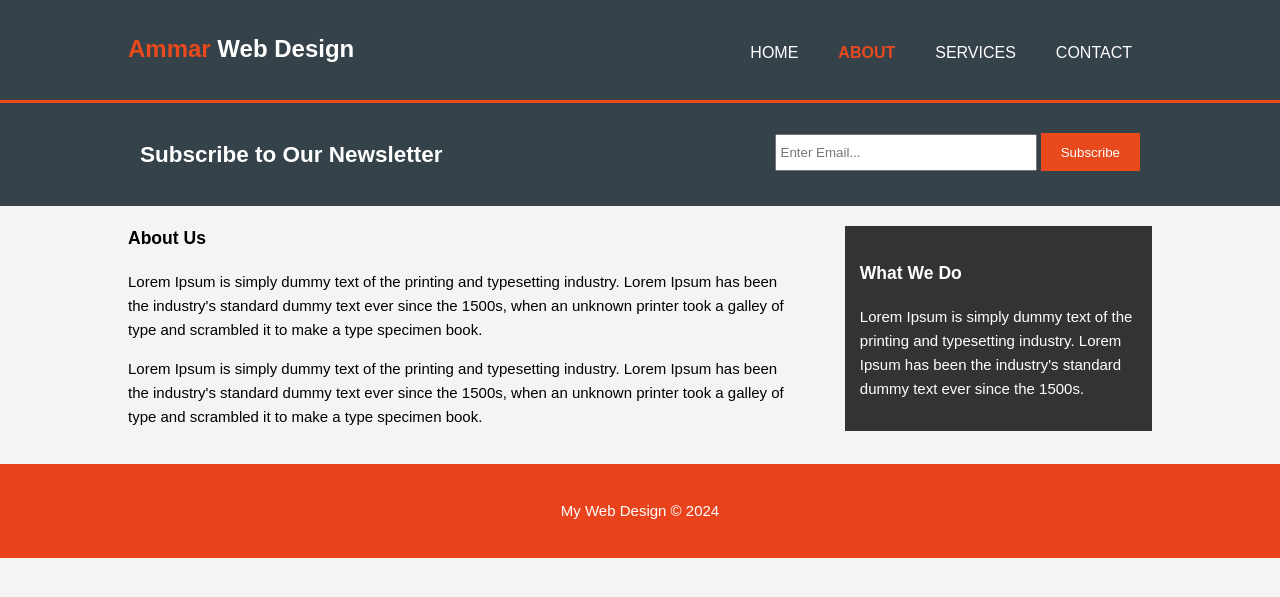
Repository: aobeid1979/html-website
Page: about.html
An editor plug-in stored every save of this project. The page is shown before and after the next save, followed by the edit.
The browser window is 1280 px wide. The pictures show the whole page.

Above is the page before, as saved 2024-05-04 06:12:23.

### about.html
<!DOCTYPE html>
<html lang="en">
<head>
    <meta charset="UTF-8">
    <meta name="viewport" content="width=device-width, initial-scale=1.0">
    <meta name="description" content="Responsive Website using HTML CSS and JavaScript">
    <meta name="keywords" content="HTML, CSS, JavaScript">
    <meta name="author" content="Ammar Obeid">
    <title>Resopnsiv Website | About</title>
    <link rel="stylesheet" href="./css/style.css">
</head>
<body>
    <header>
        <div class="container">
            <div id="brandinig">
                <h1><span class="highlight">Ammar</span> Web Design</h1>

            </div>
            <nav>
                <ul>
                    <li ><a href="index.html">Home</a></li>
                    <li class="current"><a href="about.html">About</a></li>
                    <li><a href="services.html">Services</a></li>
                    <li><a href="contact.html">Contact</a></li>
                </ul>
        </div>

    </header>



    <section id="newsletter">
        <div class="container">
            <h1>Subscribe to Our Newsletter</h1>
            <form>
                <input type="email" placeholder="Enter Email...">
                <button type="submit" class="button_1">Subscribe</button>
            </form>
        </div>
    </section>

    <section id="main">
        <div class="container">
            <article id="main-col">
                <h1 class="page-title">About Us</h1>
                <p>Lorem Ipsum is simply dummy text of the printing and typesetting industry. Lorem Ipsum has been the industry's standard dummy text ever since the 1500s, when an unknown printer took a galley of type and scrambled it to make a type specimen book.</p>
                <p>Lorem Ipsum is simply dummy text of the printing and typesetting industry. Lorem Ipsum has been the industry's standard dummy text ever since the 1500s, when an unknown printer took a galley of type and scrambled it to make a type specimen book.</p>
            </article>

            <aside id="sidebar">
                <div class="dark">
                    <h3>What We Do</h3>
                    <p>Lorem Ipsum is simply dummy text of the printing and typesetting industry. Lorem Ipsum has been the industry's standard dummy text ever since the 1500s.</p>
                </div>
            </aside>
        </div>
    </section>

    <footer>
        <p>My Web Design &copy; 2024</p>
    </footer>

</body>
</html>

### css/style.css
body{
    font: 15px/1.6 Arial, Helvetica,sans-serif;
    padding: 0;
    margin: 0;
    background-color: #f4f4f4;
}

.container{
    width: 80%;
    margin: auto;
    overflow: hidden;
}

header{
    background: #35424a;
    color: #ffffff;
    padding-top: 30px;
    min-height: 70px;
    border-bottom: #e8491d 3px solid;
}

header h1{
    margin: 0;
    padding: 0;
    font-size: 24px;
    font-weight: bold;
}

header a{
    color: #ffffff;
    text-decoration: none;
    text-transform: uppercase;
    font-size: 16px;
}

header ul{
    margin: 0;
    padding: 0;
}

header li{
    float: left;
    display: inline;
    padding: 0 20px 0 20px;
}

header #brandinig{
    float: left;
}

header #brandinig h1{
    margin: 0;
}

header nav{
    float: right;
    margin-top: 10px;
}

header .highlight, header .current a {
    color: #e8491d;
    font-weight: bold;
}

header a:hover{
    color: #cccccc;
    font-weight: bold;
}

#showcase{
    background:url('../img/showcase.jpg') no-repeat center center;
    background-position: center -400;
    background-size: cover;
    min-height: 400px;
    text-align: center;
    color: #1b1a20;
}

#showcase h1{
    margin-top: 100px;
    font-size: 55px;
    margin-bottom: 10px;
    -webkit-text-stroke: 1px #e8491d;
}

#showcase p{
    font-size: 30px;
    -webkit-text-fill-color: blue;

}

#showcase p:hover{
    -webkit-text-stroke: 1px #e8491d;
}

#newsletter{
    padding: 15px;
    color: #ffffff;
    background: #35424a;
    text-align: center;
}

#newsletter h1{
    float: left;
}

#newsletter form{
    float: right;
    margin-top: 15px;
}

#newsletter input[type="email"]{
    padding: 4px;
    height: 25px;
    width: 250px;
}

#newsletter button{
    height: 38px;
    background: #e8491d;
    color: #ffffff;
    border: none;
    padding: 0 20px 0 20px;
}

#newsletter button:hover{
    background: #cccccc;
    color: #1b1a20;
}

#boxes{
    margin-top: 20px;
}

#boxes .box{
    float: left;
    text-align: center;
    width: 30%;
    padding: 10px;
}


#boxes .box img{
    width: 90px;
}

footer{
    background-color: #e8431d;
    color: #ffffff;
    text-align: center;
    padding: 20px;
    margin-top: 20px;
}

aside#sidebar{
    float: right;
    width: 30%;
    margin-top: 10px;
}

article#main-col{
    float: left;
    width: 65%;
}

.dark{
    background-color: #333;
    color: #ffffff;
    padding: 15px;
    margin-top: 10px;
    margin-bottom: 10px;
}

After the next save:
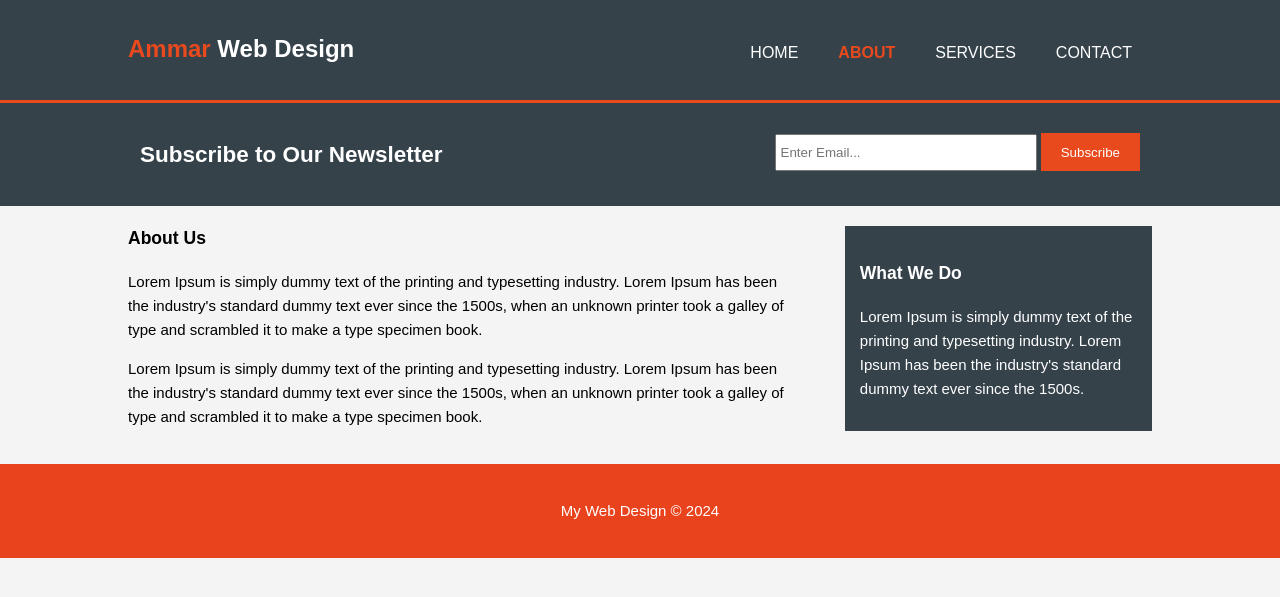
Saved 83 s later.
--- a/css/style.css
+++ b/css/style.css
@@ -164,7 +164,7 @@
 }
 
 .dark{
-    background-color: #333;
+    background-color: #35424a;
     color: #ffffff;
     padding: 15px;
     margin-top: 10px;
